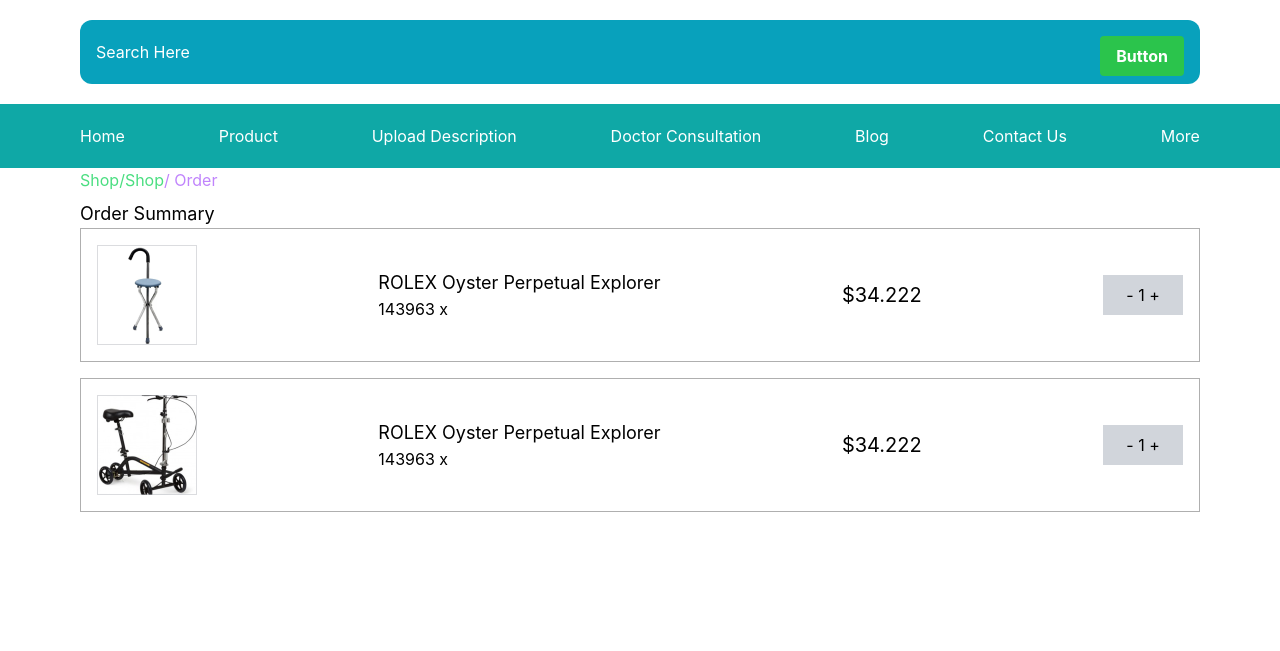
Repository: arafatmollah/pharma
Page: /
An editor plug-in stored every save of this project. The page is shown before and after a run of saves, followed by the edit.
The browser window is 1280 px wide. The pictures show the whole page.
The project was rebuilt for these pictures with package versions that can differ from the ones it lists, and the page was loaded fresh each time.

Above is the page before, as saved 2023-03-12 01:52:29.

### src/App.js

import './App.css';
import Nav from './Nav';
import Order from './Order';

function App() {
  return (
    <div className="App">
      <Nav></Nav>
      <Order></Order>
    </div>
  );
}

export default App;

### src/App.css
.box-border{
    background-color: #08A1BC;
}
.btn {
    @apply font-bold py-2 px-4 rounded;
    background-color: #2BC44C;
    color: white;
  }
  .btn-blue {
    @apply bg-blue-500 text-white;
  }
  .btn-blue:hover {
    @apply bg-blue-700;
  }
.nav{
    background-color: #0FA8A6;
}
.order{
    border: 1px solid rgb(175, 175, 175);
    border-width: 50%;
}

### src/Nav.js
import React from 'react'
import './App.css';

function Nav() {
  return (
    <div>
        <div className='box-border h-16 w-100 p-4 mx-20 my-5 rounded-xl'>
          <div className='flex justify-between align-middle'>
                <p className='text-white mt-1'>Search Here</p>
                <button class="btn mb-1"> Button</button>
          </div>
        </div>
        <div className='box-border h-16 w-100 nav'>
            <div className='flex mx-20 items-center justify-between text-white'>
            <div className='mt-5'>Home</div>
            <div className='mt-5'> Product</div>
            <div className='mt-5'>Upload Description</div>
            <div className='mt-5'>Doctor Consultation</div>
            <div className='mt-5'>Blog</div>
            <div className='mt-5'>Contact Us</div>
            <div className='mt-5'>More</div>
            </div>
        </div>
    </div>
  )
}

export default Nav

### src/Order.js
import React from 'react'
import img from './images/img.png'
import im from './images/im.png'

function order() {
  return (
    <div>
        <div className='flex mx-20'>
            <p className='text-green-400'>Shop</p>
            <p className='text-green-400'>/Shop</p>
            <p className='text-purple-400'>/ Order</p>
        </div>
        <div className='mt-2 mx-20'>
          <h3 className='text-lg'>Order Summary</h3>
        </div>
        <div className='mx-20'>
          <div className='flex border-box p-4 order justify-center items-center justify-between'>
            <div>
              <img src={img}></img>
            </div>
            <div>
              <h1 className='text-lg'>ROLEX Oyster Perpetual Explorer</h1>
              <p>143963 x</p>
            </div>
            <div>
              <h3 className='text-xl'>$34.222</h3>
            </div>
            <div className='bg-gray-300 h-10 w-20 flex justify-center items-center'>
                - 1 +
              </div>
          </div>
          <div className='flex border-box p-4 order mt-4 justify-between justify-center items-center'>
            <div>
              <img src={im}></img>
            </div>
            <div>
              <h1 className='text-lg'>ROLEX Oyster Perpetual Explorer</h1>
              <p>143963 x</p>
            </div>
            <div>
              <h3 className='text-xl'>$34.222</h3>
            </div>
            <div>
              <div className='bg-gray-300 h-10 w-20 flex justify-center items-center'>
                - 1 +
              </div>
            </div>
          </div>
        </div>
        <div>
          <div>

          </div>
        </div>
    </div>
  )
}

export default order

Loaded but not shown: public/index.html (common file); src/index.js (common file); src/index.css (common file); src/reportWebVitals.js (common file); tailwind.config.js (common file)

After the next 5 saves:
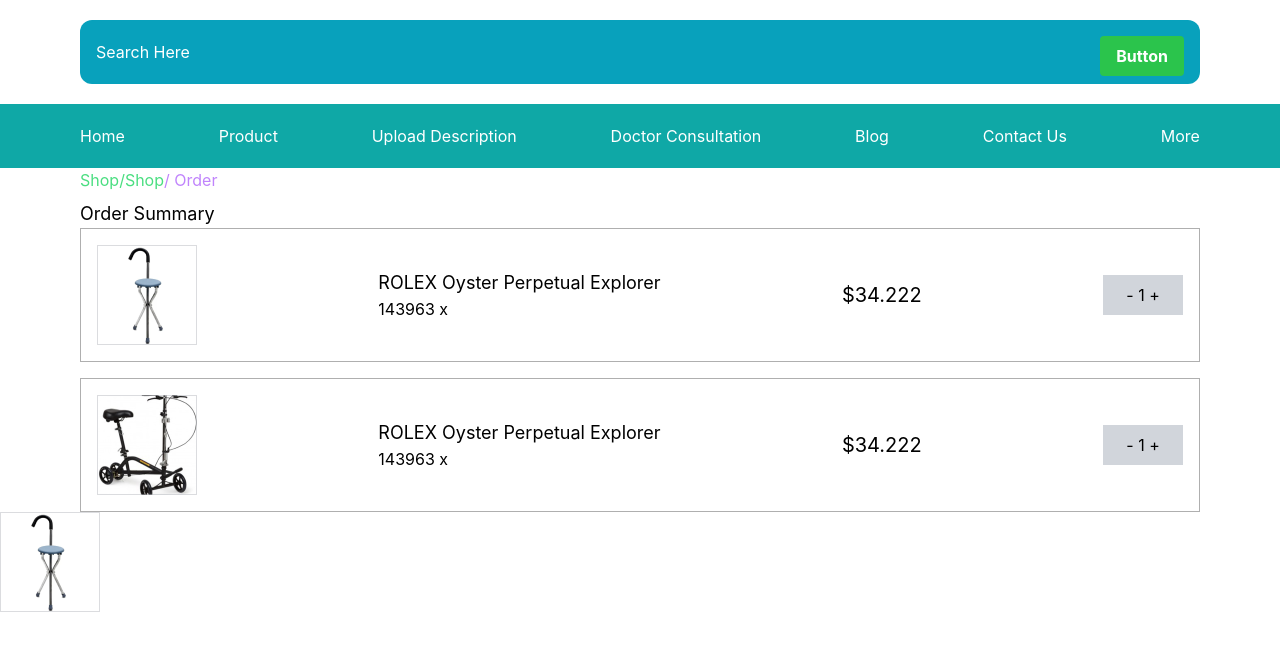
The 5 saves are shown as one change because 1 did not build or start and some came seconds apart.
The last was saved 18 s later.
--- a/src/Order.js
+++ b/src/Order.js
@@ -49,7 +49,7 @@ function order() {
         </div>
         <div>
           <div>
-
+            <img src={img}></img>
           </div>
         </div>
     </div>
